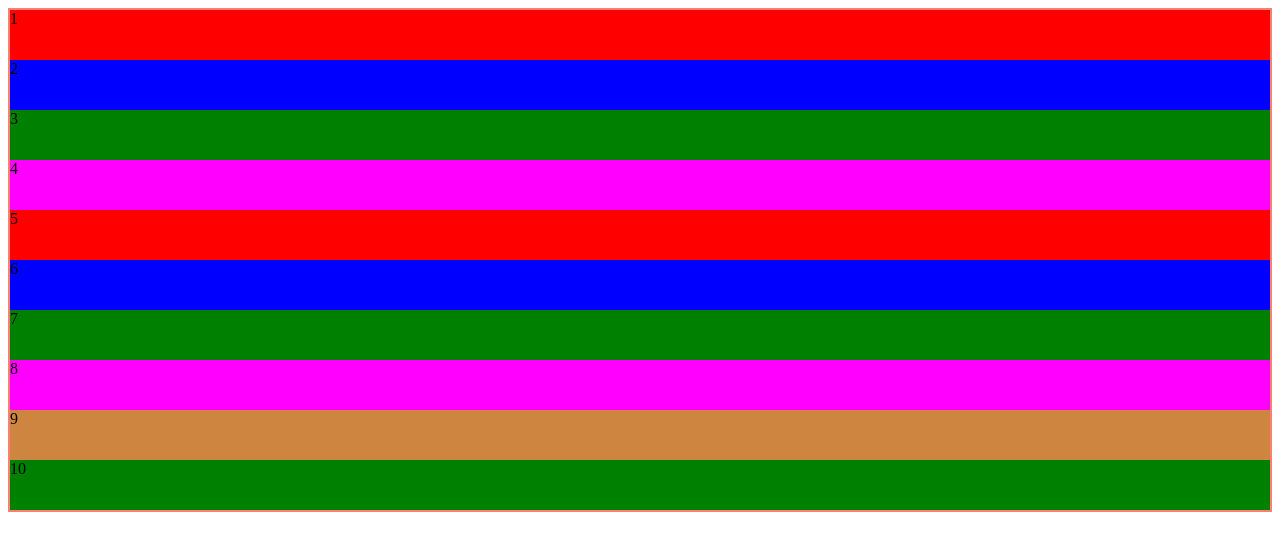
Repository: DinkarRavi/Dinkar_Coding
Page: 22aug24/grid.html
An editor plug-in stored every save of this project. The page is shown before and after the next save, followed by the edit.
The browser window is 1280 px wide. The pictures show the whole page.

Above is the page before, as saved 2024-08-22 15:11:31.

After the next save:
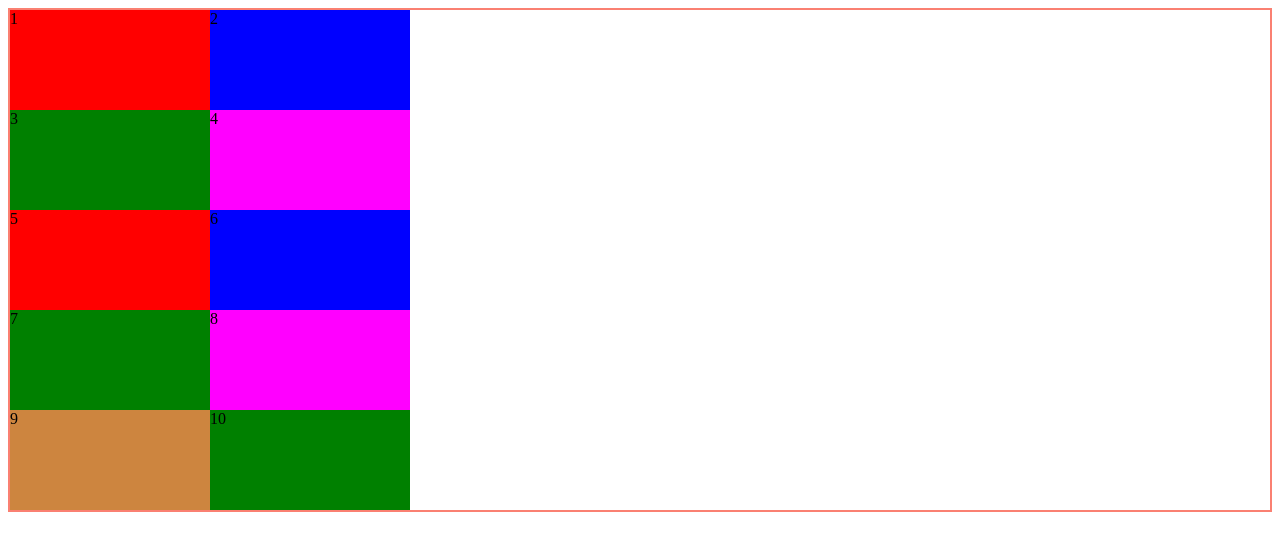
Saved 6 s later.
--- a/22aug24/grid.css
+++ b/22aug24/grid.css
@@ -5,7 +5,7 @@
 
 height: 500px;
 display: grid;
-/grid-template-columns: 200px 200px;
+grid-template-columns: 200px 200px;
 /* grid-template-rows: 200px 200px;  */
 /* grid-auto-rows: 50px;
 grid-template-columns:100px;  */
